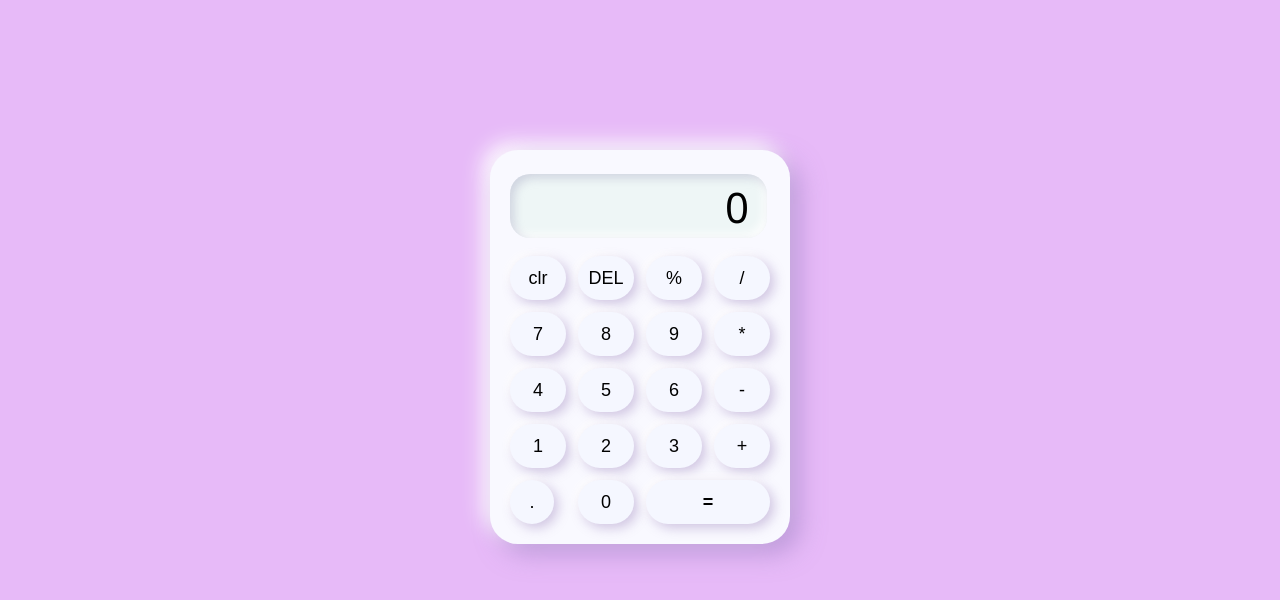
Repository: meti-guda/simple-calculator
Page: index.html
These files come from the project's save history. The page is drawn as it stood at one moment and after the next save; the edit follows.
The browser window is 1280 px wide. The pictures show the whole page.

Above is the page before, as saved 2025-12-11 12:39:36.

After the next save:
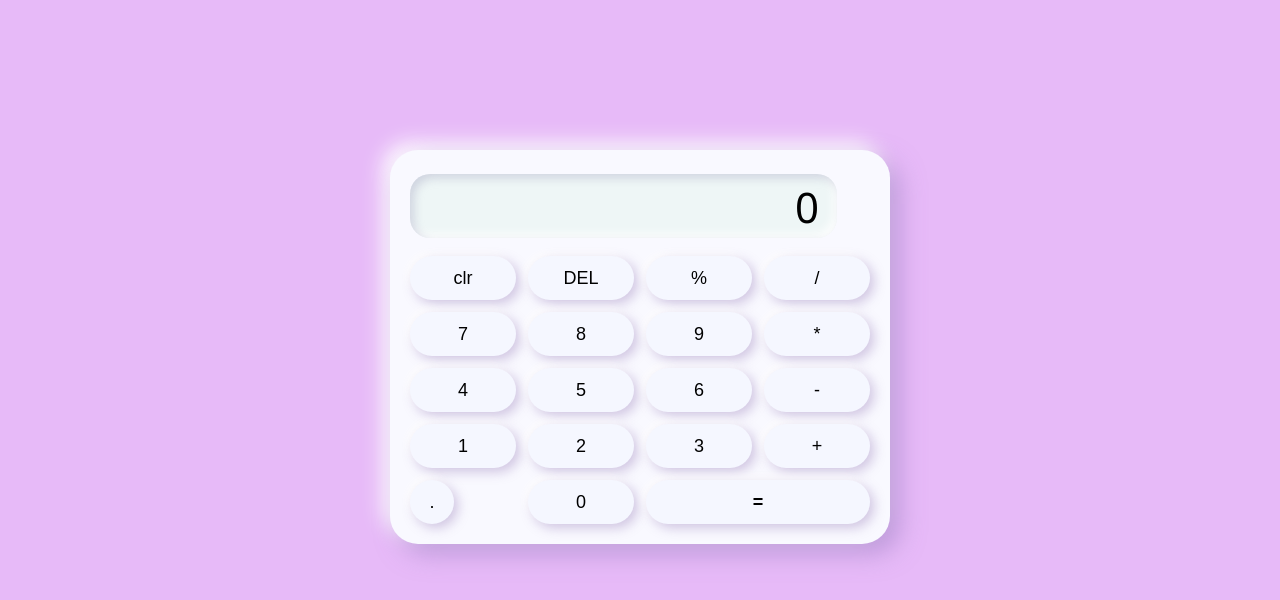
Saved 10 s later.
--- a/style.css
+++ b/style.css
@@ -14,7 +14,7 @@ body {
 }
 
 .calculator {
-  width: 260px;
+  width: 460px;
   padding: 24px 20px 20px;
   border-radius: 28px;
   background-color: #f9f9ff;
